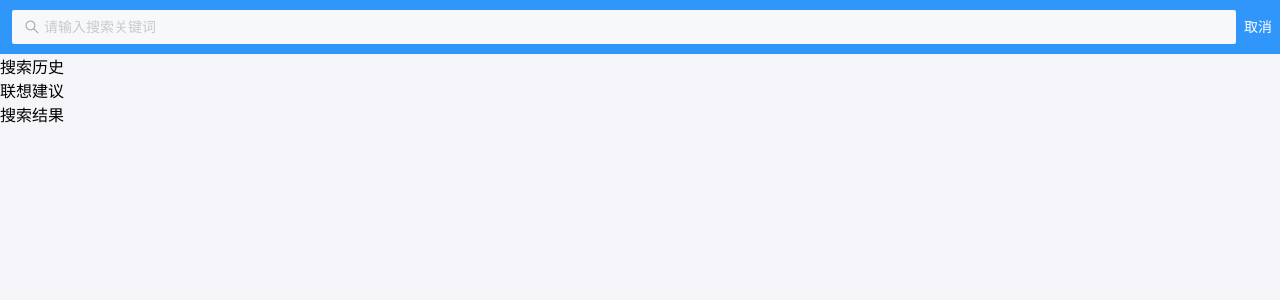
Repository: xn-lb/toutiao-mb
Page: /#/search
These files come from the project's save history. The page is drawn as it stood at one moment and after the next save; the edit follows.
The browser window is 1280 px wide. The pictures show the whole page.
The project was rebuilt for these pictures with package versions that can differ from the ones it lists, and the page was loaded fresh each time. Also part of the build but not shown: vue.config.js.

Above is the page before, as saved 2023-04-17 21:47:13.

After the next save:
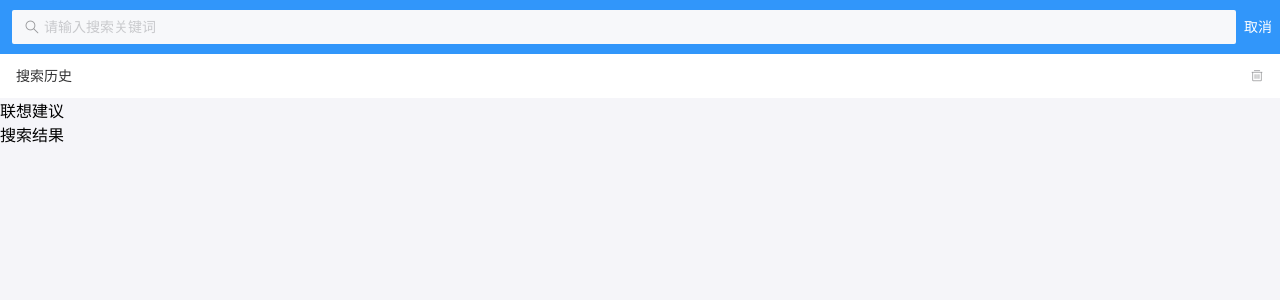
Saved 2 min 8 s later.
--- a/src/views/search/components/search-history.vue
+++ b/src/views/search/components/search-history.vue
@@ -1,5 +1,9 @@
 <template>
-  <div class="search-history"> 搜索历史</div>
+  <div class="search-history">
+    <van-cell title="搜索历史">
+      <van-icon name="delete-o" />
+    </van-cell>
+  </div>
 </template>
 
 <script>
